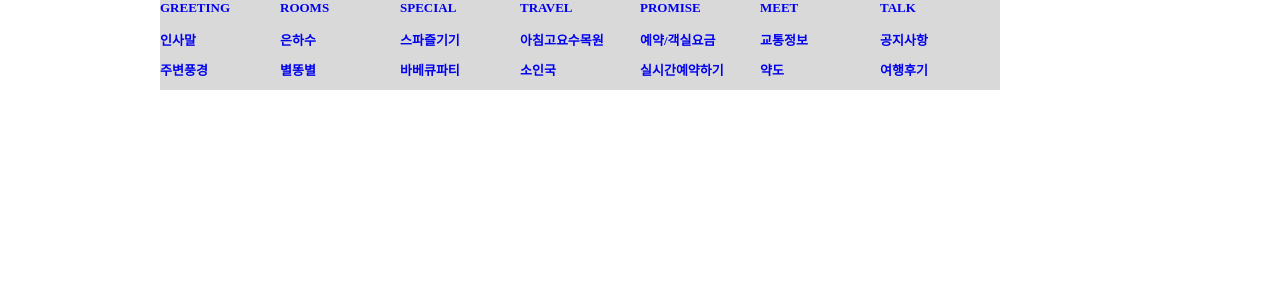
Repository: hojohe/bit-java
Page: 07_css/WebContent/15_menu/menu1.html
An editor plug-in stored every save of this project. The page is shown before and after a run of saves, followed by the edit.
The browser window is 1280 px wide. The pictures show the whole page.

Above is the page before, as saved 2017-01-25 03:27:37.

After the next 2 saves:
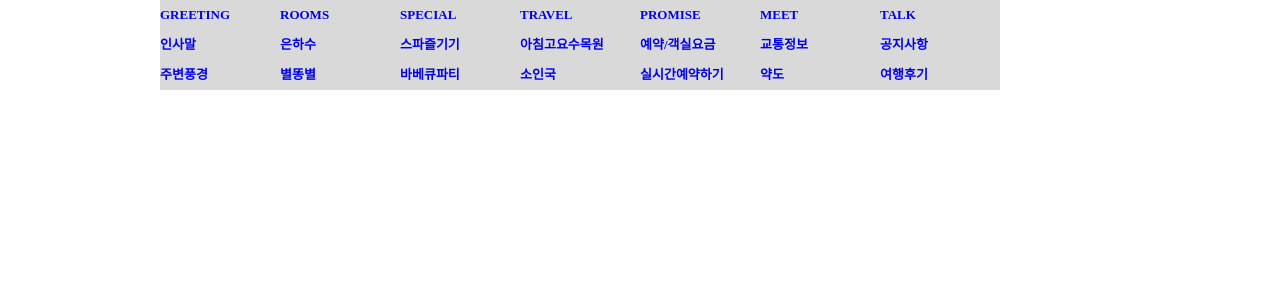
The 2 saves are shown as one change because they came seconds apart.
The last was saved 52 s later.
--- a/07_css/WebContent/15_menu/menu1.css
+++ b/07_css/WebContent/15_menu/menu1.css
@@ -21,4 +21,5 @@ ul.mainLnb a {
 	display: block;
 	font-size: 13px;
 	font-weight: bold;
+	line-height: 30px;
 }
